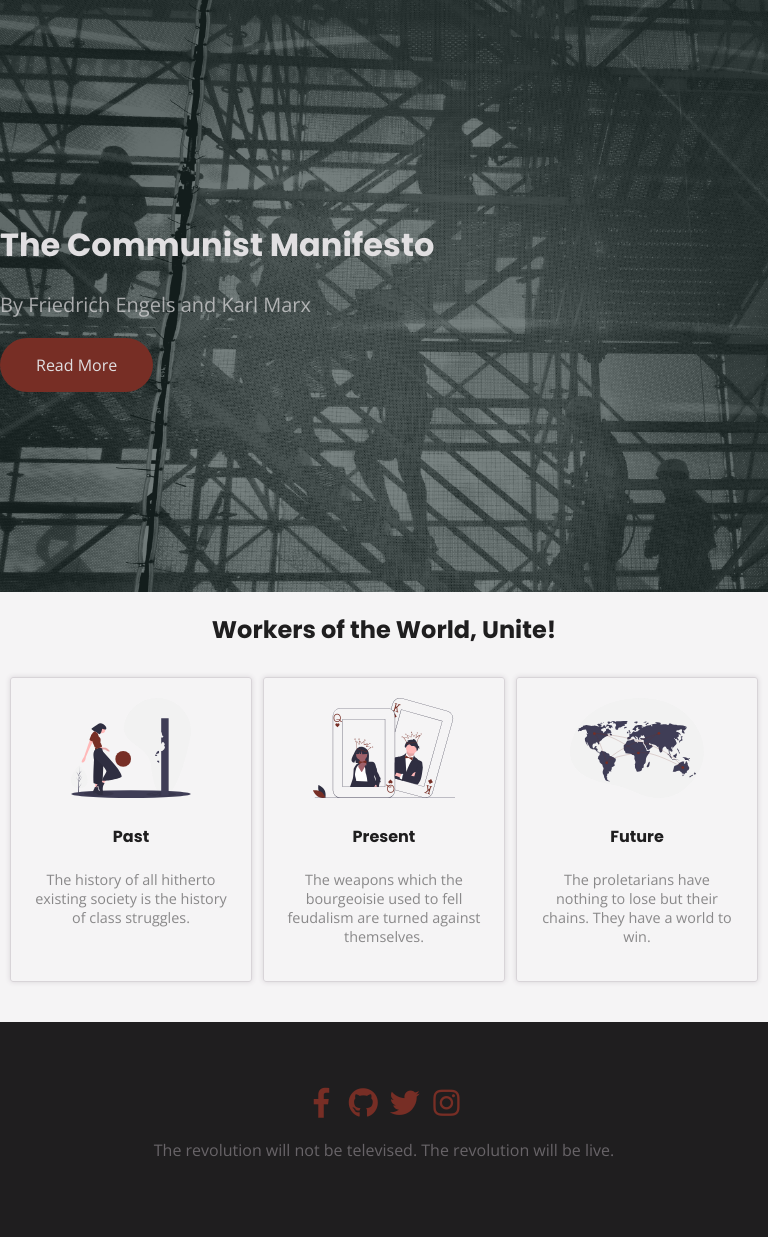
Repository: eaang/landing
Page: index.html
These files come from the project's save history. The page is drawn as it stood at one moment and after the next save; the edit follows.
The browser window is 768 px wide. The pictures show the whole page.
Some web libraries are served in a nearby version.

Above is the page before, as saved 2020-06-10 16:54:13.

### index.html
<!DOCTYPE html>
<html>
  <head>
    <meta charset="UTF-8" />
    <title>The Communist Manifesto</title>
    <link rel="shortcut icon" href="data:[embedded picture, 18 characters]" type="image/x-icon" />
    <!-- We need this line below for responsiveness! -->
    <meta name="viewport" content="width=device-width, initial-scale=1" />
    <link rel="stylesheet" href="css/style.css" />
  </head>
  <body>
    <!-- code a Hero / Banner section -->
    <div class="banner">
      <div class="container">
        <h1>The Communist Manifesto</h1>
        <p>By Friedrich Engels and Karl Marx</p>
        <a class="btn-primary" href="#">Read More</a>
      </div>
    </div>
    <!-- code a "How it works" section -->
    <div class="container">
      <h2 class="text-center">Workers of the World, Unite!</h2>
      <div class="cards">
        <div class="card">
          <img src="images/struggle.svg" alt="" />
          <h4>Past</h4>
          <p>
            The history of all hitherto existing society is the history of class
            struggles.
          </p>
        </div>

        <div class="card">
          <img src="images/feudal.svg" alt="" />
          <h4>Present</h4>
          <p>
            The weapons which the bourgeoisie used to fell feudalism are turned
            against themselves.
          </p>
        </div>

        <div class="card">
          <img src="images/future.svg" alt="" />
          <h4>Future</h4>
          <p>
            The proletarians have nothing to lose but their chains. They have a
            world to win.
          </p>
        </div>
      </div>
    </div>
    <!-- code a footer -->
    <div class="footer">
      <div class="links">
        <a href="#"><i class="fab fa-fw fa-facebook-f"></i></a>
        <a href="#"><i class="fab fa-fw fa-github"></i></a>
        <a href="#"><i class="fab fa-fw fa-twitter"></i></a>
        <a href="#"><i class="fab fa-fw fa-instagram"></i></a>
        <p>
          The revolution will not be televised. The revolution will be live.
        </p>
      </div>
    </div>
  </body>
</html>

### css/style.css
/* Fonts */
@import url("https://fonts.googleapis.com/css?family=Open+Sans:400,700|Poppins:700");

/* Fontawesome */
@import url("https://use.fontawesome.com/releases/v5.6.3/css/all.css");

/* Utilities */
body {
  margin: 0;
  font-family: Open Sans;
  background-color: #f5f4f5;
  color: #1f1e1f;
}

h1,
h2,
h3,
h4 {
  font-family: Poppins;
}

a {
  text-decoration: none;
}

.text-center {
  text-align: center;
}
/* Custom design below! */
.container {
  max-width: 900px;
  margin: auto;
}

/* Banner design */
.banner:before {
  content: " ";
  display: block;
  position: absolute;
  left: 0;
  top: 0;
  width: 100%;
  height: 100%;
  z-index: 1;
  opacity: 0.4;
  background-image: url("../images/background.jpg");
  background-repeat: no-repeat;
  background-position: 50% 0;
  -ms-background-size: cover;
  -o-background-size: cover;
  -moz-background-size: cover;
  -webkit-background-size: cover;
  background-size: cover;
}
.banner {
  position: relative;
  background: #203130;
  overflow: hidden;
  padding: 200px 0;
}
.banner h1 {
  position: relative;
  z-index: 2;
  color: #e1dfe1;
}
.banner p {
  position: relative;
  z-index: 2;
  color: #e1dfe1;
  opacity: 0.7;
  font-size: 20px;
}
.btn-primary {
  position: relative;
  z-index: 2;
  display: inline-block;
  background-color: #772e25;
  padding: 16px 36px;
  border-radius: 50px;
  color: #e1dfe1;
}

/* Cards design */
.cards {
  flex-wrap: wrap;
  display: flex;
  justify-content: space-between;
  margin-bottom: 30px;
}
.card {
  max-width: 200px;
  border-radius: 3px;
  box-shadow: 0 0 5px rgb(216, 212, 216);
  text-align: center;
  padding: 20px;
  border: 1px solid rgb(216, 212, 216);
}
.card img {
  height: 100px;
}
.card p {
  opacity: 0.5;
  font-size: 0.9em;
}

/* Footer design */
.footer {
  text-align: center;
  padding: 60px;
  background-color: #1f1e1f;
}
.footer a {
  font-size: 30px;
  color: #772e25;
}
.footer p {
  color: #686468;
}

/* Media Queries */

@media only screen and (max-width: 1000px) {
  .cards {
    display: flex;
    padding: 0px 10px 0px 10px;
  }
  .card {
    margin: 10px 0px 10px 0px;
  }
}

After the next save:
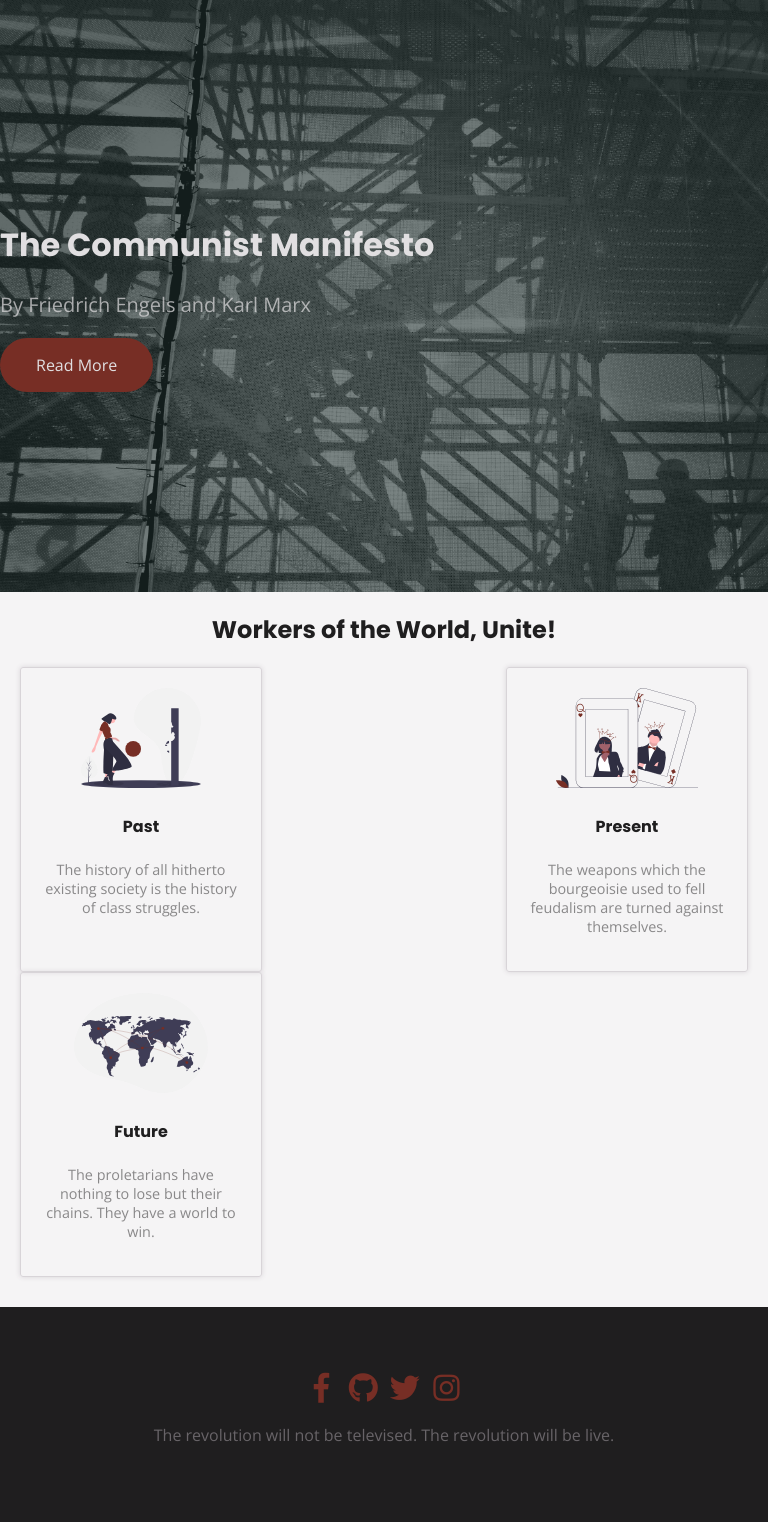
Saved 83 s later.
--- a/css/style.css
+++ b/css/style.css
@@ -125,6 +125,6 @@ a {
     padding: 0px 10px 0px 10px;
   }
   .card {
-    margin: 10px 0px 10px 0px;
+    margin: 0 10px;
   }
 }
